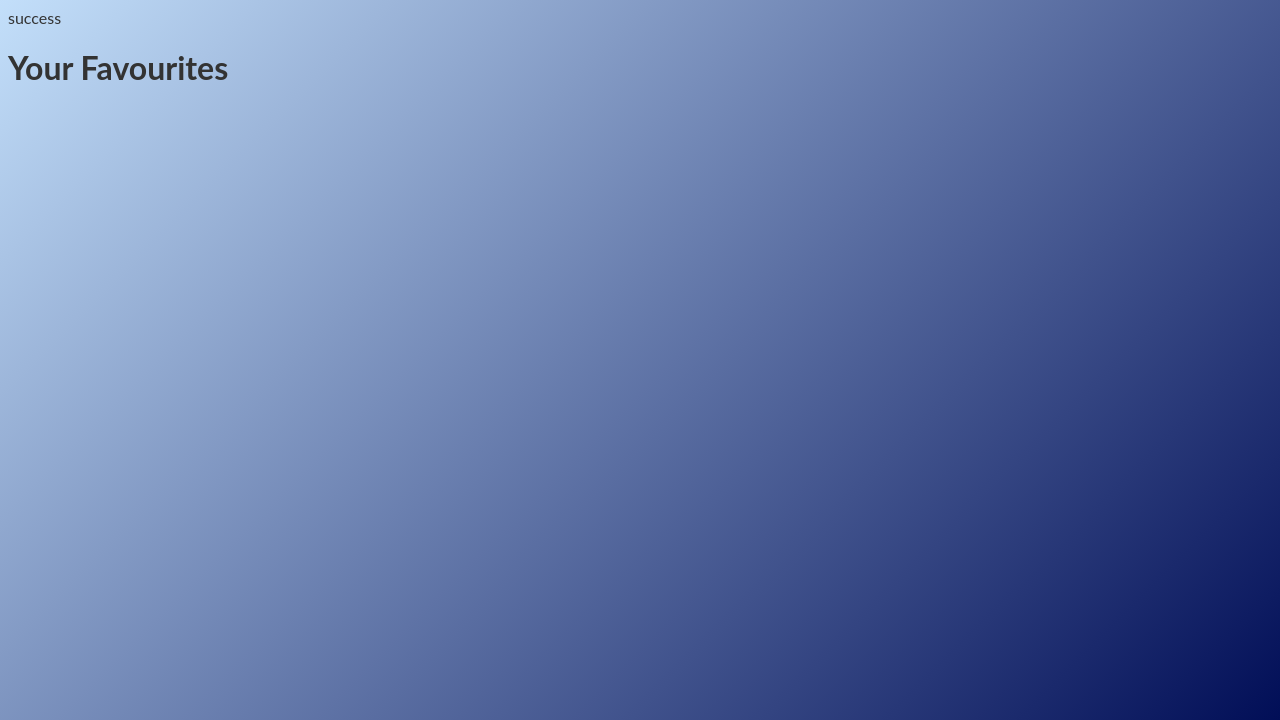
Repository: Muskan-Varma/InnoHeart
Page: http://localhost/pages/favourites.php
The author's editor kept a copy of each file at every save. The page is drawn from the files as they stood at one save, then again after the next save.
The browser window is 1280 px wide. The pictures show the whole page.
The page is run by PHP 8.4 with error messages shown; the project is at /var/www/html/. The session is filled in as if someone had signed in: {"username": "testuser", "firstName": "Test User", "lastName": "Test User"}. Other server files are loaded and not shown. Queries for data that is not in the repository find no rows.

Above is the page before, as saved 2024-09-15 14:54:51.

### pages/favourites.php
<?php
session_start();
if (isset($_SESSION['username'])) {
    include 'dbConnect.php';
    $username = $_SESSION['username'];

    // Fetch crafts that are in the user's favourites table
    $sql = "SELECT c.cid, c.title, c.description, c.price, c.quantity, c.pdate, c.category, u.firstName, u.email, u.phone
            FROM favourites f
            JOIN craft c ON f.cid = c.cid
            JOIN users u ON c.uid = u.uid
            WHERE f.username = ?";
    $stmt = $conn->prepare($sql);
    $stmt->bind_param("s", $username);
    $stmt->execute();
    $result = $stmt->get_result();

    $favouriteCrafts = [];
    while ($row = $result->fetch_assoc()) {
        // Fetch images for each craft
        $imageSql = "SELECT image_description FROM images WHERE cid = ?";
        $imgStmt = $conn->prepare($imageSql);
        $imgStmt->bind_param("i", $row['cid']);
        $imgStmt->execute();
        $imgResult = $imgStmt->get_result();

        $images = [];
        while ($imgRow = $imgResult->fetch_assoc()) {
            $images[] = $imgRow['image_description'];
        }
        $row['images'] = $images; // Add images to the current craft row

        $favouriteCrafts[] = $row;
        $imgStmt->close();
    }

    $stmt->close();
    $conn->close();
?>

<!DOCTYPE html>
<html lang="en">
<head>
    <title>Favourites</title>
    <link href="../css/main.css" rel="stylesheet" />
    <link rel="stylesheet" href="https://cdnjs.cloudflare.com/ajax/libs/font-awesome/6.0.0-beta3/css/all.min.css">
</head>
<body>
    <h1>Your Favourites</h1>

    <section id="content-section">
        <?php foreach ($favouriteCrafts as $row): ?>
        <div class="card">
            <div class="product-card">
                <!-- Display category if it exists -->
                <?php if (!empty($row['category'])): ?>
                <div class="badge"><?php echo htmlspecialchars($row['category']); ?></div>
                <?php endif; ?>

                <!-- Display images -->
                <div class="product-tumb">
                    <?php if (!empty($row['images'])): ?>
                    <div class="image-slider">
                        <?php foreach ($row['images'] as $index => $image): ?>
                        <img src="uploads/<?php echo htmlspecialchars($image); ?>" alt="Craft Image" style="display: <?php echo $index === 0 ? 'block' : 'none'; ?>;">
                        <?php endforeach; ?>
                    </div>
                    <?php else: ?>
                    <p>No images available</p>
                    <?php endif; ?>
                </div>

                <div class="product-details">
                    <h4><?php echo htmlspecialchars($row['title']); ?></h4>
                    <p><?php echo htmlspecialchars($row['description']); ?></p>
                    <div class="product-bottom-details">
                        <div class="product-price">
                            <?php echo htmlspecialchars($row['price']); ?>
                            <br>
                            <small>In Stock: <?php echo htmlspecialchars($row['quantity']); ?></small>
                        </div>
                    </div>

                    <!-- Buyer Details -->
                    <div>
                        <strong>Uploaded by:</strong> <?php echo htmlspecialchars($row['firstName']); ?><br>
                        <strong>Email:</strong> <?php echo htmlspecialchars($row['email']); ?><br>
                        <strong>Phone:</strong> <?php echo htmlspecialchars($row['phone']); ?><br>
                    </div>

                    <!-- Buy Button -->
                    <button onclick="showBuyerDetails(this)">Buy</button>
                </div>
            </div>
        </div>
        <?php endforeach; ?>
    </section>

</body>
</html>

<?php
} else {
    header("Location: login.php");
    exit();
}
?>

### pages/dbConnect.php
<?php

    $servername = "localhost";
    $username = "root";
    $password = "";

    $database = "saras";

     // Create a connection
     $conn = mysqli_connect($servername,
         $username, $password, $database);

    if($conn) {
        echo "success";
    }
    else {
        die("Error". mysqli_connect_error());
    }
?>

Loaded but not shown: css/main.css (538 lines, source omitted)

After the next save:
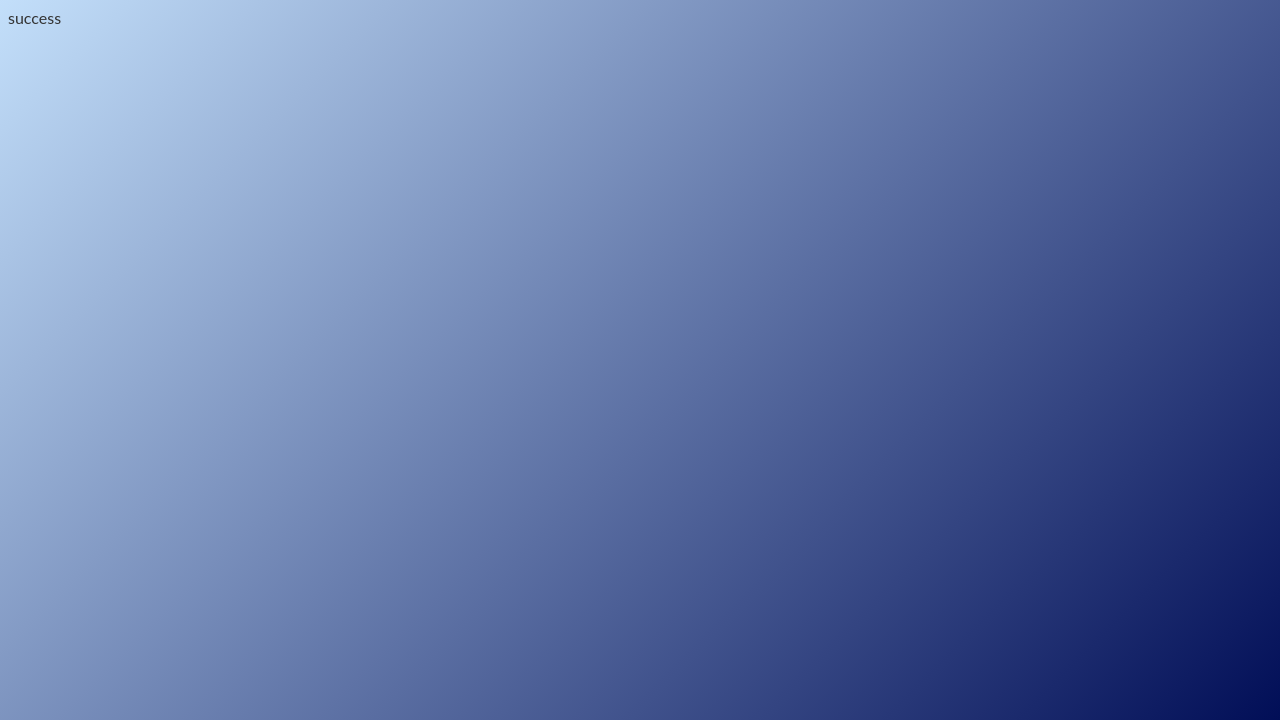
Saved 49 s later.
--- a/pages/favourites.php
+++ b/pages/favourites.php
@@ -2,38 +2,22 @@
 session_start();
 if (isset($_SESSION['username'])) {
     include 'dbConnect.php';
-    $username = $_SESSION['username'];
 
-    // Fetch crafts that are in the user's favourites table
-    $sql = "SELECT c.cid, c.title, c.description, c.price, c.quantity, c.pdate, c.category, u.firstName, u.email, u.phone
+    // Fetch all favourite crafts and uploader details
+    $sql = "SELECT c.cid, c.title, c.description, c.price, c.quantity, c.category, c.pdate, u.firstName, u.email, u.phone
             FROM favourites f
             JOIN craft c ON f.cid = c.cid
             JOIN users u ON c.uid = u.uid
             WHERE f.username = ?";
+
     $stmt = $conn->prepare($sql);
-    $stmt->bind_param("s", $username);
+    $stmt->bind_param("i", $_SESSION['username']);
     $stmt->execute();
     $result = $stmt->get_result();
-
-    $favouriteCrafts = [];
+    $crafts = [];
     while ($row = $result->fetch_assoc()) {
-        // Fetch images for each craft
-        $imageSql = "SELECT image_description FROM images WHERE cid = ?";
-        $imgStmt = $conn->prepare($imageSql);
-        $imgStmt->bind_param("i", $row['cid']);
-        $imgStmt->execute();
-        $imgResult = $imgStmt->get_result();
-
-        $images = [];
-        while ($imgRow = $imgResult->fetch_assoc()) {
-            $images[] = $imgRow['image_description'];
-        }
-        $row['images'] = $images; // Add images to the current craft row
-
-        $favouriteCrafts[] = $row;
-        $imgStmt->close();
+        $crafts[] = $row;
     }
-
     $stmt->close();
     $conn->close();
 ?>
@@ -42,60 +26,53 @@
 <html lang="en">
 <head>
     <title>Favourites</title>
-    <link href="../css/main.css" rel="stylesheet" />
-    <link rel="stylesheet" href="https://cdnjs.cloudflare.com/ajax/libs/font-awesome/6.0.0-beta3/css/all.min.css">
+    <meta charset="UTF-8">
+    <meta name="viewport" content="width=device-width, initial-scale=1.0">
+    <link href="../css/main.css" rel="stylesheet">
+    <script src="https://code.jquery.com/jquery-3.6.0.min.js"></script>
 </head>
 <body>
-    <h1>Your Favourites</h1>
-
     <section id="content-section">
-        <?php foreach ($favouriteCrafts as $row): ?>
+        <?php foreach ($crafts as $row): ?>
         <div class="card">
             <div class="product-card">
-                <!-- Display category if it exists -->
-                <?php if (!empty($row['category'])): ?>
                 <div class="badge"><?php echo htmlspecialchars($row['category']); ?></div>
-                <?php endif; ?>
-
-                <!-- Display images -->
                 <div class="product-tumb">
-                    <?php if (!empty($row['images'])): ?>
-                    <div class="image-slider">
-                        <?php foreach ($row['images'] as $index => $image): ?>
-                        <img src="uploads/<?php echo htmlspecialchars($image); ?>" alt="Craft Image" style="display: <?php echo $index === 0 ? 'block' : 'none'; ?>;">
-                        <?php endforeach; ?>
-                    </div>
-                    <?php else: ?>
-                    <p>No images available</p>
-                    <?php endif; ?>
+                    <img src="uploads/<?php echo htmlspecialchars($row['image']); ?>" alt="">
                 </div>
-
                 <div class="product-details">
+                    <span class="product-category">Posted On: <?php echo htmlspecialchars($row['pdate']); ?></span>
                     <h4><?php echo htmlspecialchars($row['title']); ?></h4>
                     <p><?php echo htmlspecialchars($row['description']); ?></p>
                     <div class="product-bottom-details">
                         <div class="product-price">
-                            <?php echo htmlspecialchars($row['price']); ?>
+                            Price: <?php echo htmlspecialchars($row['price']); ?>
                             <br>
                             <small>In Stock: <?php echo htmlspecialchars($row['quantity']); ?></small>
                         </div>
+                        <div class="product-links">
+                            <!-- Buy button -->
+                            <button class="buy-btn" onclick="showSellerDetails(<?php echo $row['cid']; ?>)">Buy</button>
+                        </div>
                     </div>
-
-                    <!-- Buyer Details -->
-                    <div>
-                        <strong>Uploaded by:</strong> <?php echo htmlspecialchars($row['firstName']); ?><br>
-                        <strong>Email:</strong> <?php echo htmlspecialchars($row['email']); ?><br>
-                        <strong>Phone:</strong> <?php echo htmlspecialchars($row['phone']); ?><br>
+                    <div class="seller-details" id="seller-<?php echo $row['cid']; ?>" style="display: none;">
+                        <strong>Seller Details:</strong>
+                        <p>Name: <?php echo htmlspecialchars($row['firstName']); ?></p>
+                        <p>Email: <?php echo htmlspecialchars($row['email']); ?></p>
+                        <p>Contact: <?php echo htmlspecialchars($row['phone']); ?></p>
                     </div>
-
-                    <!-- Buy Button -->
-                    <button onclick="showBuyerDetails(this)">Buy</button>
                 </div>
             </div>
         </div>
         <?php endforeach; ?>
     </section>
 
+    <script type="text/javascript">
+        function showSellerDetails(cid) {
+            const sellerDetails = document.getElementById('seller-' + cid);
+            sellerDetails.style.display = 'block';
+        }
+    </script>
 </body>
 </html>
 

After the 5 saves that followed:
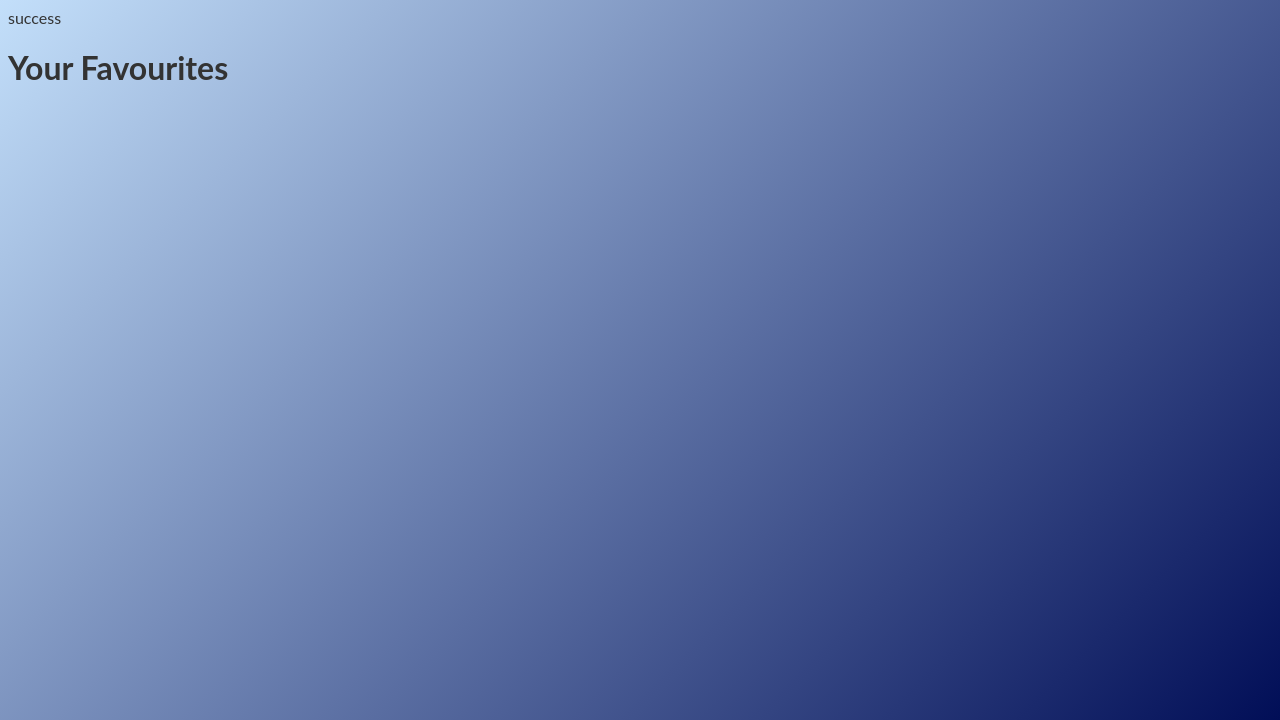
The 5 saves are shown as one change because 2 left the picture as it was and some came seconds apart.
The last was saved 5 min 53 s later.
--- a/pages/favourites.php
+++ b/pages/favourites.php
@@ -2,22 +2,38 @@
 session_start();
 if (isset($_SESSION['username'])) {
     include 'dbConnect.php';
+    $username = $_SESSION['username'];
 
-    // Fetch all favourite crafts and uploader details
-    $sql = "SELECT c.cid, c.title, c.description, c.price, c.quantity, c.category, c.pdate, u.firstName, u.email, u.phone
+    // Fetch crafts that are in the user's favourites table
+    $sql = "SELECT c.cid, c.title, c.description, c.price, c.quantity, c.pdate, c.category, u.firstName, u.email, u.phone
             FROM favourites f
             JOIN craft c ON f.cid = c.cid
             JOIN users u ON c.uid = u.uid
             WHERE f.username = ?";
-
     $stmt = $conn->prepare($sql);
-    $stmt->bind_param("i", $_SESSION['username']);
+    $stmt->bind_param("s", $username);
     $stmt->execute();
     $result = $stmt->get_result();
-    $crafts = [];
+
+    $favouriteCrafts = [];
     while ($row = $result->fetch_assoc()) {
-        $crafts[] = $row;
+        // Fetch images for each craft
+        $imageSql = "SELECT image_description FROM images WHERE cid = ?";
+        $imgStmt = $conn->prepare($imageSql);
+        $imgStmt->bind_param("i", $row['cid']);
+        $imgStmt->execute();
+        $imgResult = $imgStmt->get_result();
+
+        $images = [];
+        while ($imgRow = $imgResult->fetch_assoc()) {
+            $images[] = $imgRow['image_description'];
+        }
+        $row['images'] = $images; // Add images to the current craft row
+
+        $favouriteCrafts[] = $row;
+        $imgStmt->close();
     }
+
     $stmt->close();
     $conn->close();
 ?>
@@ -26,53 +42,60 @@
 <html lang="en">
 <head>
     <title>Favourites</title>
-    <meta charset="UTF-8">
-    <meta name="viewport" content="width=device-width, initial-scale=1.0">
-    <link href="../css/main.css" rel="stylesheet">
-    <script src="https://code.jquery.com/jquery-3.6.0.min.js"></script>
+    <link href="../css/main.css" rel="stylesheet" />
+    <link rel="stylesheet" href="https://cdnjs.cloudflare.com/ajax/libs/font-awesome/6.0.0-beta3/css/all.min.css">
 </head>
 <body>
+    <h1>Your Favourites</h1>
+
     <section id="content-section">
-        <?php foreach ($crafts as $row): ?>
+        <?php foreach ($favouriteCrafts as $row): ?>
         <div class="card">
             <div class="product-card">
+                <!-- Display category if it exists -->
+                <?php if (!empty($row['category'])): ?>
                 <div class="badge"><?php echo htmlspecialchars($row['category']); ?></div>
+                <?php endif; ?>
+
+                <!-- Display images -->
                 <div class="product-tumb">
-                    <img src="uploads/<?php echo htmlspecialchars($row['image']); ?>" alt="">
+                    <?php if (!empty($row['images'])): ?>
+                    <div class="image-slider">
+                        <?php foreach ($row['images'] as $index => $image): ?>
+                        <img src="uploads/<?php echo htmlspecialchars($image); ?>" alt="Craft Image" style="display: <?php echo $index === 0 ? 'block' : 'none'; ?>;">
+                        <?php endforeach; ?>
+                    </div>
+                    <?php else: ?>
+                    <p>No images available</p>
+                    <?php endif; ?>
                 </div>
+
                 <div class="product-details">
-                    <span class="product-category">Posted On: <?php echo htmlspecialchars($row['pdate']); ?></span>
                     <h4><?php echo htmlspecialchars($row['title']); ?></h4>
                     <p><?php echo htmlspecialchars($row['description']); ?></p>
                     <div class="product-bottom-details">
                         <div class="product-price">
-                            Price: <?php echo htmlspecialchars($row['price']); ?>
+                            <?php echo htmlspecialchars($row['price']); ?>
                             <br>
                             <small>In Stock: <?php echo htmlspecialchars($row['quantity']); ?></small>
                         </div>
-                        <div class="product-links">
-                            <!-- Buy button -->
-                            <button class="buy-btn" onclick="showSellerDetails(<?php echo $row['cid']; ?>)">Buy</button>
-                        </div>
                     </div>
-                    <div class="seller-details" id="seller-<?php echo $row['cid']; ?>" style="display: none;">
-                        <strong>Seller Details:</strong>
-                        <p>Name: <?php echo htmlspecialchars($row['firstName']); ?></p>
-                        <p>Email: <?php echo htmlspecialchars($row['email']); ?></p>
-                        <p>Contact: <?php echo htmlspecialchars($row['phone']); ?></p>
+
+                    <!-- Buyer Details -->
+                    <div>
+                        <strong>Uploaded by:</strong> <?php echo htmlspecialchars($row['firstName']); ?><br>
+                        <strong>Email:</strong> <?php echo htmlspecialchars($row['email']); ?><br>
+                        <strong>Phone:</strong> <?php echo htmlspecialchars($row['phone']); ?><br>
                     </div>
+
+                    <!-- Buy Button -->
+                    <button onclick="showBuyerDetails(this)">Buy</button>
                 </div>
             </div>
         </div>
         <?php endforeach; ?>
     </section>
 
-    <script type="text/javascript">
-        function showSellerDetails(cid) {
-            const sellerDetails = document.getElementById('seller-' + cid);
-            sellerDetails.style.display = 'block';
-        }
-    </script>
 </body>
 </html>
 
